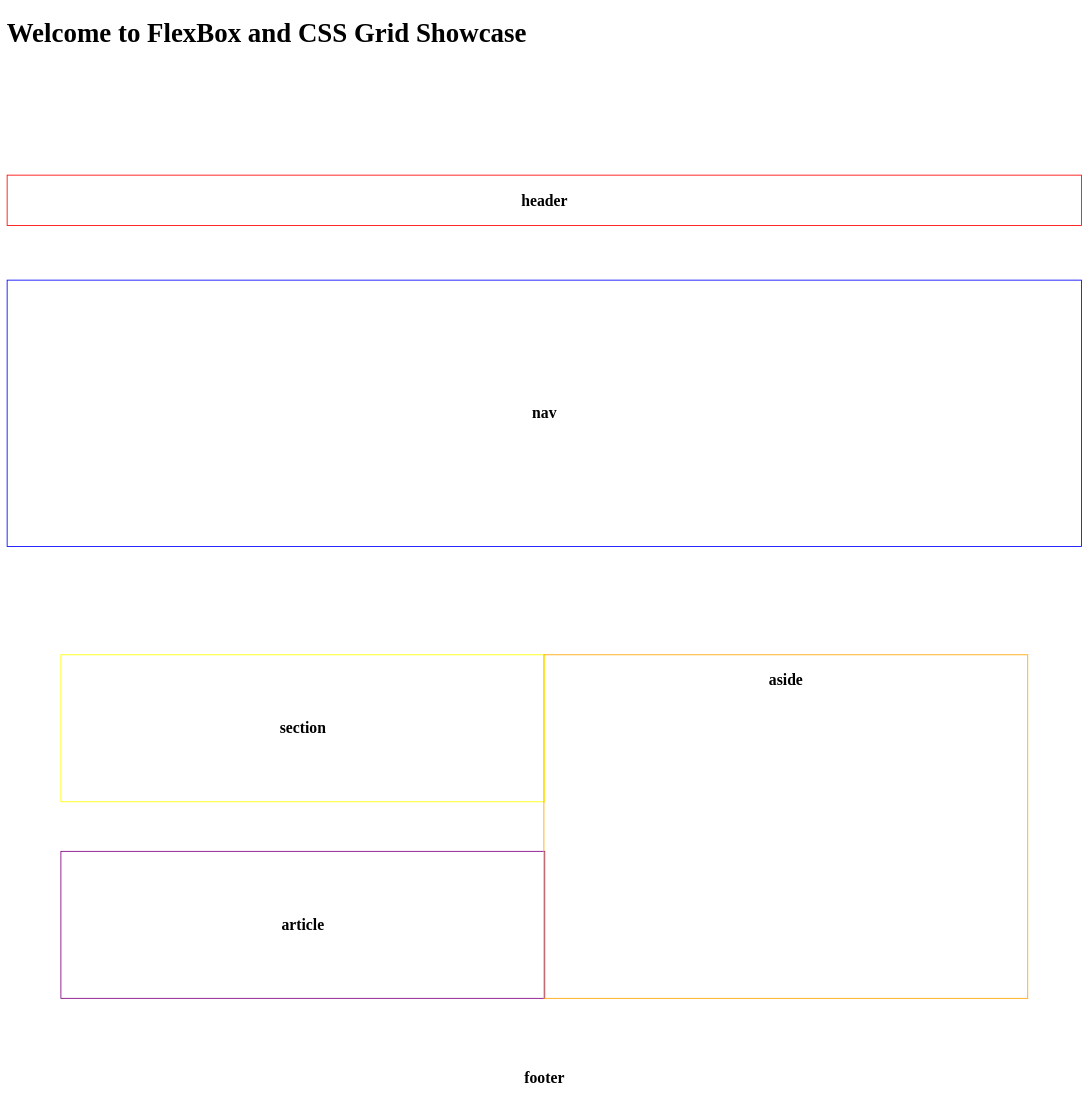
Repository: Awhit-commits/CSS_GRID_AND_FLEXBOX_LESSON
Page: index.html
The author's editor kept a copy of each file at every save. The page is drawn from the files as they stood at one save, then again after the next save.
The browser window is 1280 px wide. The page is 1288 px wide, so the pictures cover 1288 px, including what lies to the right of the window. The pictures show the whole page, at 84% of full size.

Above is the page before, as saved 2020-12-21 18:35:41.

### index.html
<!DOCTYPE html>
<html lang="en">

<head>
    <meta charset="UTF-8">
    <meta name="viewport" content="width=device-width, initial-scale=1.0">
    <title>Document</title>
    <link rel="stylesheet" href="style.css">
</head>

<body>
    <h1>Welcome to FlexBox and CSS Grid Showcase</h1>
    <div class="containerFlex">
        <div class="headerArea">
            <div class="header">
                <h3>header</h3>

            </div>
            <div class="nav">
                <h3>nav</h3>
            </div>
        </div>
        <div class="main">
            <div class="mainArea">
            <div class="section">
                <h3>section</h3>
            </div>
            <div class="article">
                <h3>article</h3>
            </div>
            </div>

            <div class="aside">
                <h3>aside</h3>
            </div>
        </div>
        <div class="footer">
            <h3>footer</h3>
        </div>
    </div>
    <script src="script.js"></script>
</body>

</html>

### style.css
body{
    width: 100%;
}
.containerFlex {
    display: flex;
    flex-direction: column;
    /* flex-wrap: nowrap; */
    /* justify-content: space-between; */
    text-align: center;
    /* text-align: center; */

}

.main{
    /* align-self: start; */
    margin: 5%;
    display: flex;
    flex-direction:row;
    /* flex-grow: 1; */
    flex: 1 1 auto;
    /* width: 100%; */

}
.headerArea{
    /* display: flex; */
    /* flex-direction: column; */
    /* justify-content:center */
    /* width: 100%; */

}
.mainArea{
    display: flex;
    flex-direction: column;
    width:100%;
    align-items:flex-start;
    text-align: center;
    /* flex: 2 auto; */
}
.header{
    /* flex: 1 1 auto; */
    /* padding: 10%; */
    margin-top: 10%;
    border: 1px solid red;
    /* width: 100%; */
}

.nav{
    /* flex: 1 auto; */
    margin:5% 0;
    padding:10% 0;
    border: 1px solid blue;
    /* width: 100%; */
}

.article{
    border: 1px purple solid;
    width: 100%;
    padding: 10% 0;
}
.aside{
    /* display: flex; */
    /* align-items:center; */
    align-items:center;
    /* text-align: center; */
    justify-content:flex-end;
    /* margin-right: 10%; */
    border: 1px orange solid;
    width: 100%;


}
.section{
    width: 100%;
    border: 1px yellow solid;
    margin-bottom: 10%;
    padding: 10% 0;
}

.footer{
    display: flex;
    align-items: center;
    flex-direction: column;
}

### script.js
console.log(`Hello World`);

After the next save:
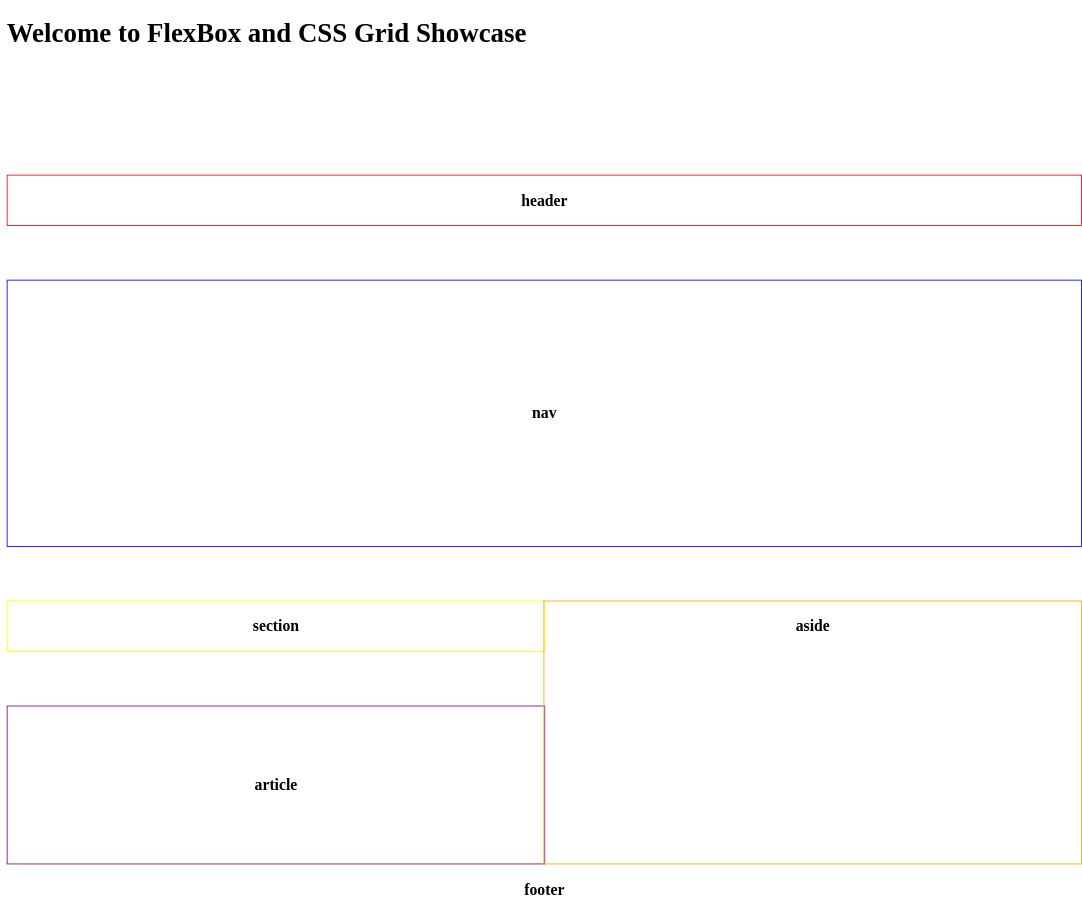
Saved 8 s later.
--- a/style.css
+++ b/style.css
@@ -13,7 +13,7 @@ body{
 
 .main{
     /* align-self: start; */
-    margin: 5%;
+
     display: flex;
     flex-direction:row;
     /* flex-grow: 1; */
@@ -73,7 +73,7 @@ body{
     width: 100%;
     border: 1px yellow solid;
     margin-bottom: 10%;
-    padding: 10% 0;
+    padding
 }
 
 .footer{
